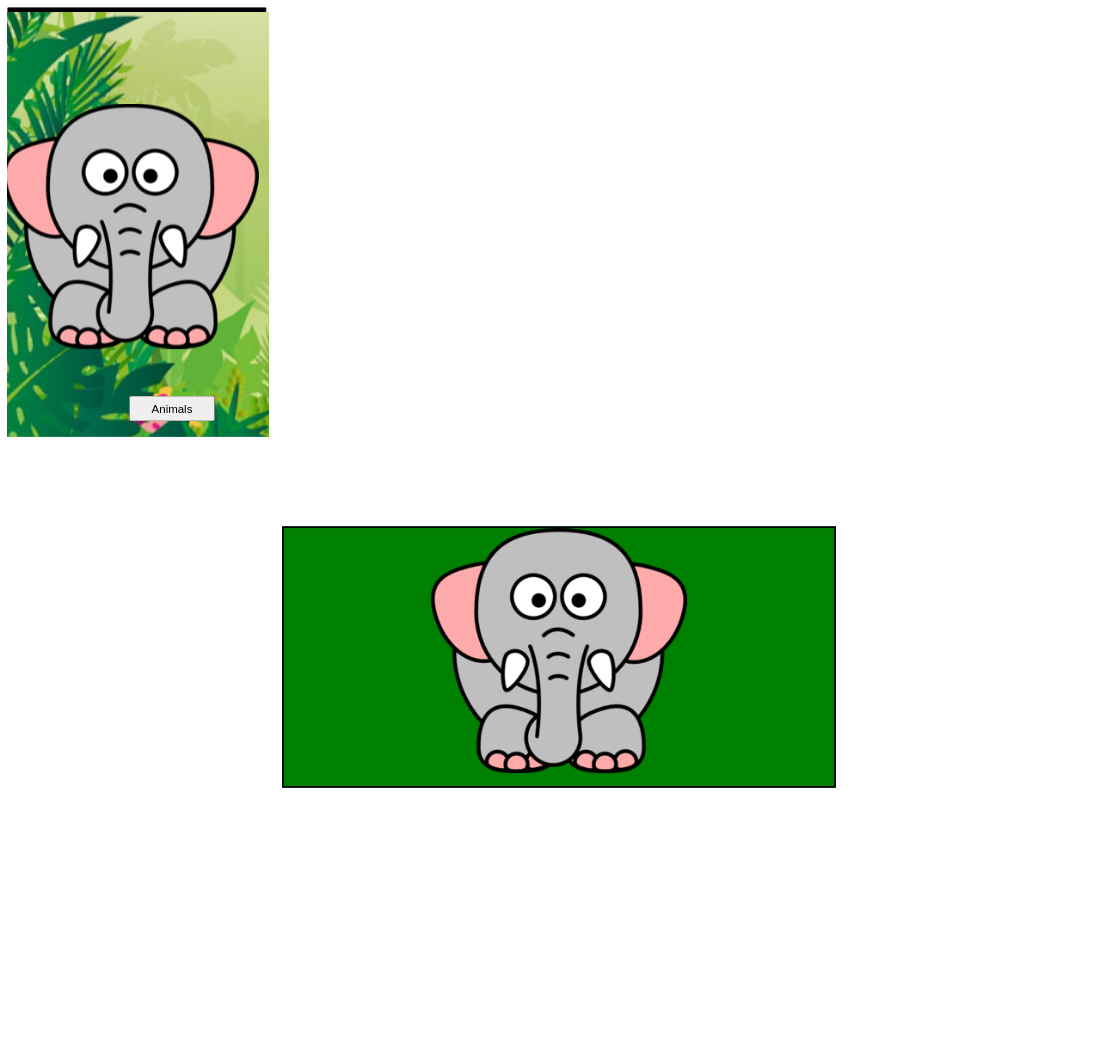
Repository: RathipriyaChandrasekaran/dotlite
Page: ConnectDots/menupage.html
These files come from the project's save history. The page is drawn as it stood at one moment and after the next save; the edit follows.
The browser window is 1280 px wide. The page is 1288 px wide, so the pictures cover 1288 px, including what lies to the right of the window. The pictures show the whole page, at 86% of full size.

Above is the page before, as saved 2014-12-14 01:01:01.
Console error: ReferenceError: $ is not defined

### ConnectDots/menupage.html
<!DOCTYPE html>
<html>
<head>
     <meta charset="utf-8" />
     <meta name="viewport" content="width=device-width, initial-scale=1.0, maximum-scale=1.0">
     <link rel="stylesheet" type="text/css" href="css/appstyle.css"/>
     <script src="js/main.js"></script>
</head>
<body>

 <canvas id="canvas" width="305px" height="500px"></canvas>
  <button id="animals">Animals</button>
  <div id="container">

    <div id="box1" class="box">
     <img src="elephants.png"></img>
    </div>
    <div id="box2" class="box">Div #2</div>


</div>

 <script>
 var points=new Array();
 var canvas = document.getElementById('canvas');
 var context = canvas.getContext('2d');
 var height = 490;
 var width = 300;

 context.beginPath();
 context.rect(1, 1, width, height);
 context.fill();
 context.lineWidth = 1;
 context.strokeStyle = 'black';
 context.stroke();

 function loadCanvas(dataURL, _cb) {

     // load image from data url
     var imageObj = new Image();
     imageObj.onload = function() {
         var imgWidth = this.width;
         var imgHeight = this.height;
         var posX = (width - imgWidth)/2;
         var posY = (height - imgHeight)/2;
         context.drawImage(this, -5, posY + 10);
         if (_cb) _cb();
     };

     imageObj.src = dataURL;
 }

loadCanvas("images/jungle.png", function() {
loadCanvas("images/elephants.png");
});


$('.box').click(function() {

    $(this).animate({
        left: '-50%'
    }, 500, function() {
        $(this).css('left', '150%');
        $(this).appendTo('#container');
    });

    $(this).next().animate({
        left: '50%'
    }, 500);
});

 </script>
</body>
</html>

### ConnectDots/css/appstyle.css
#backgroundimage{
	display: block;

    background-repeat: no-repeat ;
}

#play{
	position: absolute;
	top: 270px;
	left: 200px;
	width: 100px;
	height: 35px;
}

#pref{
	position : absolute;
	top: 320px;
	left: 200px;
	width: 100px;
	height: 30px;
}
#moregame{
	position : absolute;
	top: 360px;
	left: 200px;
	width: 100px;
	height: 30px;
}
#animals{
	position : absolute;
	top: 460px;
	left: 150px;
	width: 100px;
	height: 30px;
}
#fullversion{
	position : absolute;
	top: 400px;
	left: 200px;
	width: 100px;
	height: 30px;
}
.button {
   border-top: 1px solid #96d1f8;
   background: #D2691E;
   background: -webkit-gradient(linear, left top, left bottom, from(#3e779d), to(#65a9d7));
   background: -webkit-linear-gradient(top, #3e779d, #65a9d7);
   background: -moz-linear-gradient(top, #3e779d, #65a9d7);
   background: -ms-linear-gradient(top, #3e779d, #65a9d7);
   background: -o-linear-gradient(top, #3e779d, #65a9d7);
   padding: 5px 10px;
   -webkit-border-radius: 8px;
   -moz-border-radius: 8px;
   border-radius: 8px;
   -webkit-box-shadow: rgba(0,0,0,1) 0 1px 0;
   -moz-box-shadow: rgba(0,0,0,1) 0 1px 0;
   box-shadow: rgba(0,0,0,1) 0 1px 0;
   text-shadow: rgba(0,0,0,.4) 0 1px 0;
   color: white;
   font-size: 16px;
   font-family: Georgia, serif;
   text-decoration: bold;
   vertical-align: middle;
   }
.button:hover {
   border-top-color: #28597a;
   background: #28597a;
   color: #ccc;
   }
.button:active {
   border-top-color: #1b435e;
   background: #D2691E;
   }
   .smallbutton {
   border-top: 1px solid #96d1f8;
   background: #65a9d7;
   background: -webkit-gradient(linear, left top, left bottom, from(#3e779d), to(#65a9d7));
   background: -webkit-linear-gradient(top, #3e779d, #65a9d7);
   background: -moz-linear-gradient(top, #3e779d, #65a9d7);
   background: -ms-linear-gradient(top, #3e779d, #65a9d7);
   background: -o-linear-gradient(top, #3e779d, #65a9d7);
   padding: 5px 10px;
   -webkit-border-radius: 8px;
   -moz-border-radius: 8px;
   border-radius: 8px;
   -webkit-box-shadow: rgba(0,0,0,1) 0 1px 0;
   -moz-box-shadow: rgba(0,0,0,1) 0 1px 0;
   box-shadow: rgba(0,0,0,1) 0 1px 0;
   text-shadow: rgba(0,0,0,.4) 0 1px 0;
   color: white;
   font-size: 14px;
   font-family: Georgia, serif;
   text-decoration: none;
   vertical-align: middle;
   }

   #container {
    position: absolute;
    margin: 0px;
    padding: 0px;
    width: 100%;
    height: 100%;
    overflow: hidden;
}

.box {
    position: absolute;
    width: 50%;
    height: 300px;
    line-height: 300px;
    font-size: 50px;
    text-align: center;
    border: 2px solid black;
    left: 150%;
    top: 100px;
    margin-left: -25%;
}

#box1 {
    background-color: green;
    left: 50%;
}

#box2 {
    background-color: yellow;
}

### ConnectDots/js/main.js
var startTime;
var checkTime;

//Initialize function
var init = function () {
	// TODO:: Do your initialization job
	console.log("init() called");

	// add eventListener for tizenhwkey
	document.addEventListener('tizenhwkey', function(e) {
		if(e.keyName == "back") {
			try {
				tizen.application.getCurrentApplication().exit();
			} catch (error) {
				console.error("getCurrentApplication(): " + error.message);
			}
		}
	});
};
// window.onload can work without <body onload="">
window.onload = init;

function startTime() {
	var today = new Date();
	var h = today.getHours();

	var m = today.getMinutes();
	var s = today.getSeconds();
	m = checkTime(m);
	s = checkTime(s);
	document.getElementById('divbutton1').innerHTML="Current time: " + h + ":" + m + ":" + s;
	var t = setTimeout(startTime, 250);
}

function checkTime(i) {
	if (i < 10) {
		i="0" + i;
	}
	return i;
}

After the next save:
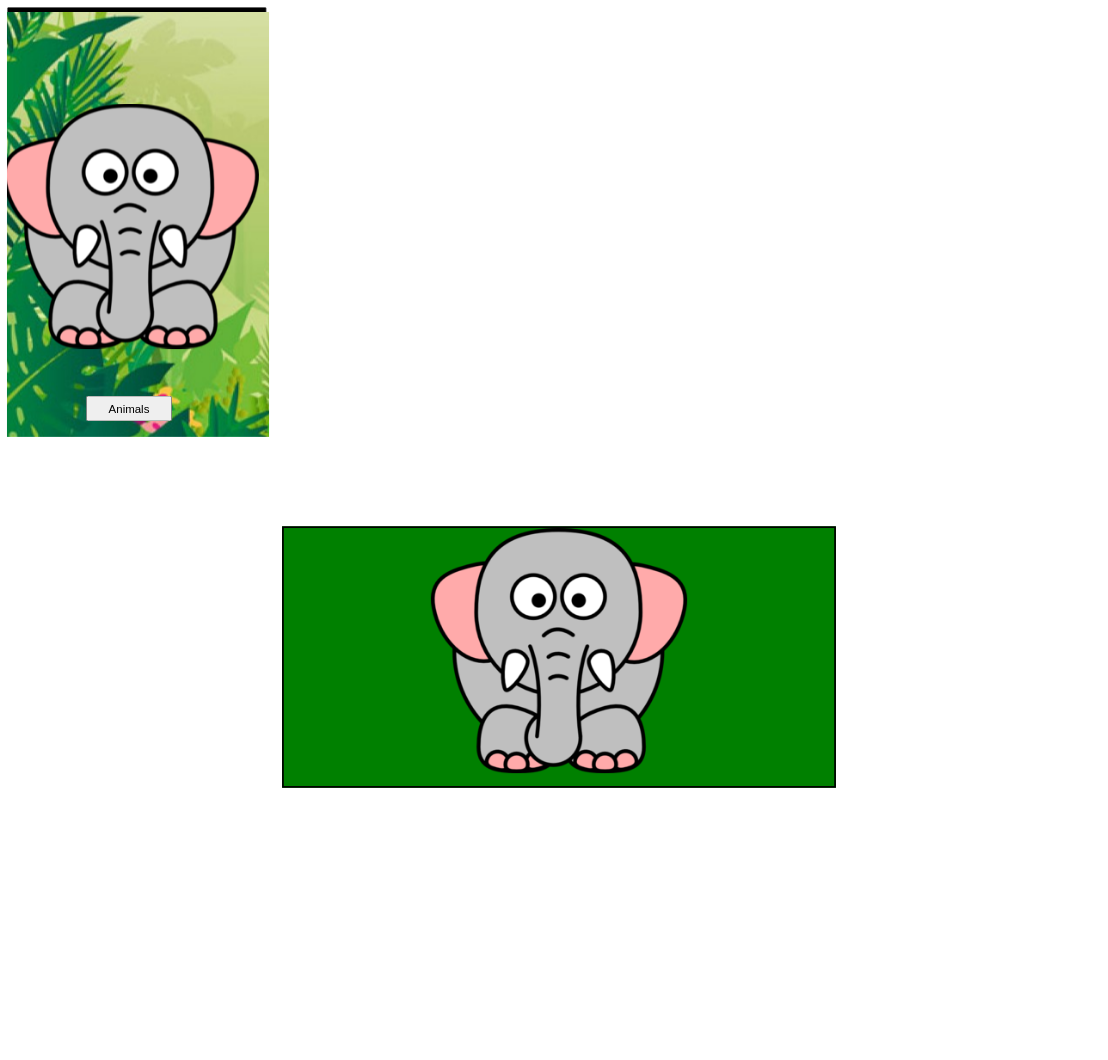
Saved 23 s later.
--- a/ConnectDots/css/appstyle.css
+++ b/ConnectDots/css/appstyle.css
@@ -29,7 +29,7 @@
 #animals{
 	position : absolute;
 	top: 460px;
-	left: 150px;
+	left: 100px;
 	width: 100px;
 	height: 30px;
 }
